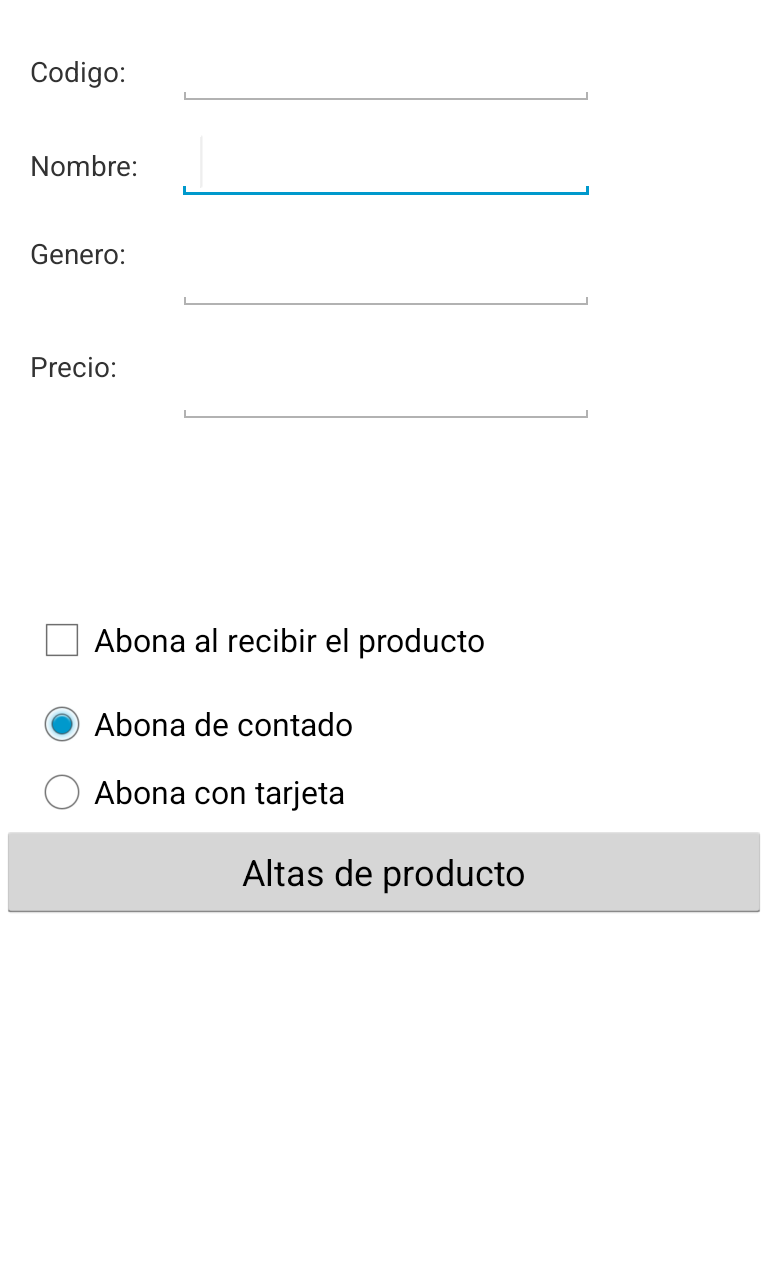
Repository: unknoman/javaAndroidDesempenos
Layout: parcial2h/res/layout/activity_main.xml
An editor plug-in stored every save of this project. The layout is shown before and after the next save, followed by the edit.
It is drawn on a 768 x 1280 px phone screen (xhdpi) without system bars, with theme AppTheme; the app's code is not run.

Above is the layout before, as saved 2022-06-16 06:28:20.

### parcial2h/res/layout/activity_main.xml
<RelativeLayout xmlns:android="http://schemas.android.com/apk/res/android"
    xmlns:tools="http://schemas.android.com/tools"
    android:layout_width="match_parent"
    android:layout_height="match_parent"
    tools:context=".MainActivity" >

    <TextView
        android:id="@+id/textView2"
        android:layout_width="wrap_content"
        android:layout_height="wrap_content"
        android:layout_alignParentLeft="true"
        android:layout_below="@+id/textView1"
        android:layout_marginLeft="15dp"
        android:layout_marginTop="28dp"
        android:text="Nombre:" />

    <TextView
        android:id="@+id/textView1"
        android:layout_width="wrap_content"
        android:layout_height="wrap_content"
        android:layout_alignLeft="@+id/textView2"
        android:layout_alignParentTop="true"
        android:layout_marginTop="26dp"
        android:text="Codigo:" />

    <TextView
        android:id="@+id/textView3"
        android:layout_width="wrap_content"
        android:layout_height="wrap_content"
        android:layout_alignRight="@+id/textView1"
        android:layout_below="@+id/textView2"
        android:layout_marginTop="25dp"
        android:text="Genero:" />

    <EditText
        android:id="@+id/et1"
        android:layout_width="wrap_content"
        android:layout_height="wrap_content"
        android:layout_alignBaseline="@+id/textView1"
        android:layout_alignBottom="@+id/textView1"
        android:layout_marginLeft="19dp"
        android:layout_toRightOf="@+id/textView2"
        android:ems="10"
        android:inputType="number" />

    <EditText
        android:id="@+id/et2"
        android:layout_width="wrap_content"
        android:layout_height="wrap_content"
        android:layout_alignBaseline="@+id/textView2"
        android:layout_alignBottom="@+id/textView2"
        android:layout_alignLeft="@+id/et1"
        android:ems="10" >

        <requestFocus />
    </EditText>

    <EditText
        android:id="@+id/et3"
        android:layout_width="wrap_content"
        android:layout_height="wrap_content"
        android:layout_alignLeft="@+id/et2"
        android:layout_alignTop="@+id/textView3"
        android:ems="10" />

    <EditText
        android:id="@+id/et4"
        android:layout_width="wrap_content"
        android:layout_height="wrap_content"
        android:layout_alignLeft="@+id/et3"
        android:layout_alignTop="@+id/textView4"
        android:ems="10"
        android:inputType="numberDecimal" />

    <TextView
        android:id="@+id/textView4"
        android:layout_width="wrap_content"
        android:layout_height="wrap_content"
        android:layout_alignLeft="@+id/textView2"
        android:layout_below="@+id/et3"
        android:layout_marginTop="17dp"
        android:text="Precio:" />

    <CheckBox
        android:id="@+id/cb1"
        android:layout_width="wrap_content"
        android:layout_height="wrap_content"
        android:layout_alignLeft="@+id/textView4"
        android:layout_centerVertical="true"
        android:text="Abona al recibir el producto" />

    <RadioGroup
        android:id="@+id/radioGroup1"
        android:layout_width="wrap_content"
        android:layout_height="wrap_content"
        android:layout_alignLeft="@+id/cb1"
        android:layout_below="@+id/cb1"
        android:layout_marginTop="34dp" >

        <RadioButton
            android:id="@+id/radio1"
            android:layout_width="wrap_content"
            android:layout_height="wrap_content"
             android:layout_marginTop="10dp"
            android:text="Abona con tarjeta" />
    </RadioGroup>

    <RadioButton
        android:id="@+id/radio0"
        android:layout_width="wrap_content"
        android:layout_height="wrap_content"
        android:layout_alignLeft="@+id/radioGroup1"
        android:layout_below="@+id/cb1"
        android:layout_marginTop="10dp"
        android:checked="true"
        android:text="Abona de contado" />

    <Button
        android:id="@+id/button1"
        android:layout_width="1000"
        android:layout_height="wrap_content"
        android:layout_alignParentLeft="true"
        android:layout_below="@+id/radioGroup1"
        android:minWidth="64dp"
        android:text="Altas de producto" />

</RelativeLayout>

Loaded but not shown: parcial2h/res/values/styles.xml (common file); parcial2h/res/values-v11/styles.xml (common file); parcial2h/res/values-v14/styles.xml (common file)

After the next save:
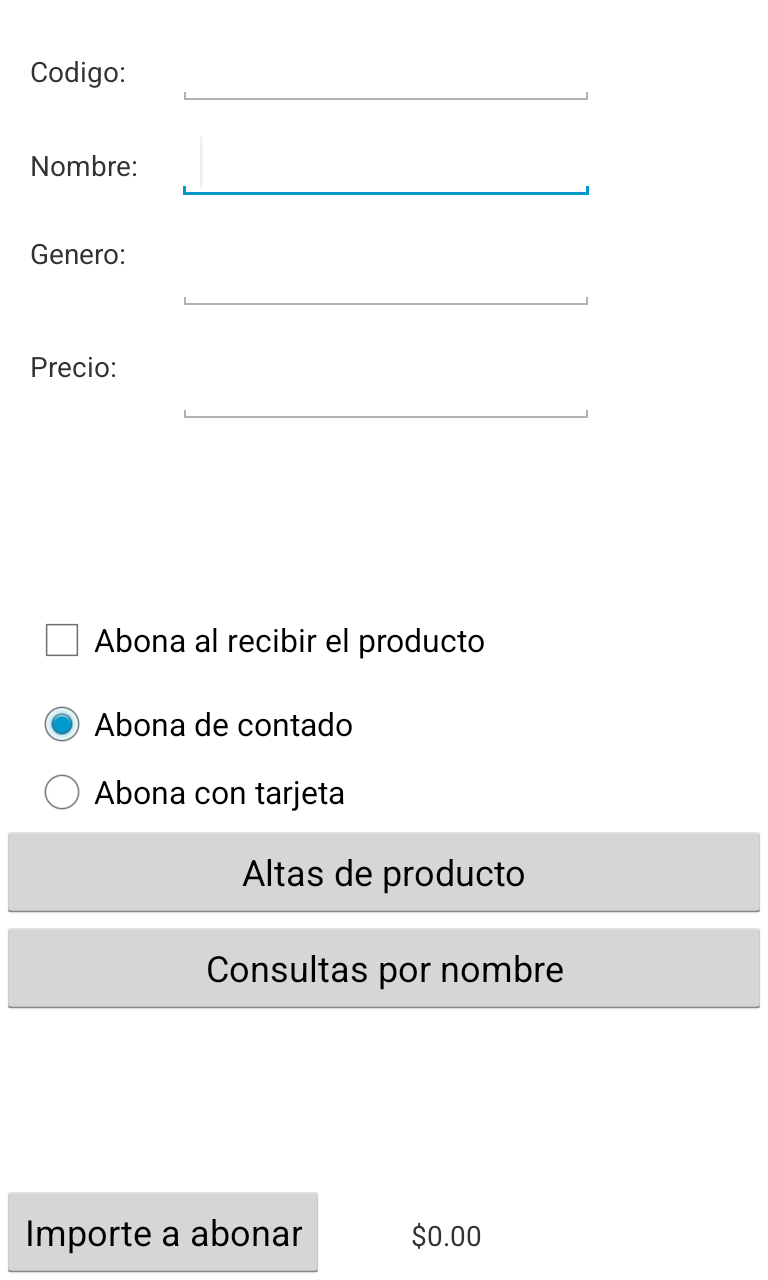
Saved 2 min 36 s later.
--- a/parcial2h/res/layout/activity_main.xml
+++ b/parcial2h/res/layout/activity_main.xml
@@ -124,4 +124,30 @@
         android:minWidth="64dp"
         android:text="Altas de producto" />
 
+    <Button
+        android:id="@+id/button2"
+        android:layout_width="1000"
+        android:layout_height="wrap_content"
+        android:layout_below="@+id/button1"
+        android:layout_centerHorizontal="true"
+        android:text="Consultas por nombre" />
+
+    <Button
+        android:id="@+id/button3"
+        android:layout_width="wrap_content"
+        android:layout_height="wrap_content"
+        android:layout_alignParentBottom="true"
+        android:layout_alignParentLeft="true"
+        android:text="Importe a abonar" />
+
+    <TextView
+        android:id="@+id/tv1"
+        android:layout_width="wrap_content"
+        android:layout_height="wrap_content"
+        android:layout_alignBaseline="@+id/button3"
+        android:layout_alignBottom="@+id/button3"
+        android:layout_marginLeft="29dp"
+        android:layout_toRightOf="@+id/radio0"
+        android:text="$0.00" />
+
 </RelativeLayout>
